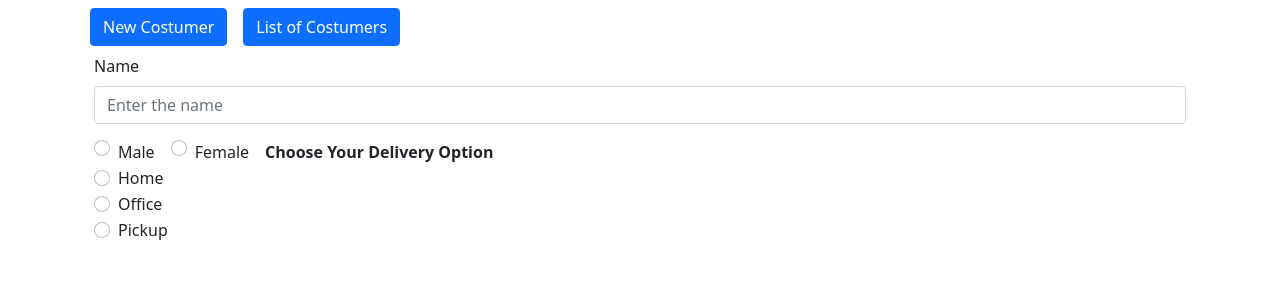
Repository: Sanjayjangra88/combo_app
Page: /, after clicking the first element matching `button.btn`
An editor plug-in stored every save of this project. The page is shown before and after the next save, followed by the edit.
The browser window is 1280 px wide. The pictures show the whole page.
Some web libraries are served in a nearby version. The project was rebuilt for these pictures with package versions that can differ from the ones it lists, and the page was loaded fresh each time. Also part of the build but not shown: src/App.js.

Above is the page before, as saved 2022-06-04 12:34:42.

### public/index.html
<!DOCTYPE html>
<html lang="en">
  <head>
    <meta charset "UTF-8" />
    <link rel="icon" href="%PUBLIC_URL%/favicon.ico" />
    <meta name="viewport" content="width=device-width, initial-scale=1" />
    <meta name="theme-color" content="#000000" />
    <meta
      name="description"
      content="Web site created using create-react-app"
    />
    <link rel="apple-touch-icon" href="%PUBLIC_URL%/logo192.png" />
    <!--
      manifest.json provides metadata used when your web app is installed on a
      user's mobile device or desktop. See https://developers.google.com/web/fundamentals/web-app-manifest/
    -->
    <link rel="manifest" href="%PUBLIC_URL%/manifest.json" />
    <link href="https://cdn.jsdelivr.net/npm/bootstrap@5.0.2/dist/css/bootstrap.min.css" rel="stylesheet" integrity="sha384-EVSTQN3/azprG1Anm3QDgpJLIm9Nao0Yz1ztcQTwFspd3yD65VohhpuuCOmLASjC" crossorigin="anonymous">
    <!--
      Notice the use of %PUBLIC_URL% in the tags above.
      It will be replaced with the URL of the `public` folder during the build.
      Only files inside the `public` folder can be referenced from the HTML.

      Unlike "/favicon.ico" or "favicon.ico", "%PUBLIC_URL%/favicon.ico" will
      work correctly both with client-side routing and a non-root public URL.
      Learn how to configure a non-root public URL by running `npm run build`.
    -->
    <!-- Bootstrap CSS -->
    <link rel="stylesheet" href="https://cdn.jsdelivr.net/npm/bootstrap@4.0.0/dist/css/bootstrap.min.css" integrity="sha384-Gn5384xqQ1aoWXA+058RXPxPg6fy4IWvTNh0E263XmFcJlSAwiGgFAW/dAiS6JXm" crossorigin="anonymous">

    <title>React App</title>
  </head>
  <body>
    <noscript>You need to enable JavaScript to run this app.</noscript>
    <div id="root"></div>
    <script src="https://kit.fontawesome.com/9e06ebf41f.js" crossorigin="anonymous"></script>
    <!--
      This HTML file is a template.
      If you open it directly in the browser, you will see an empty page.

      You can add webfonts, meta tags, or analytics to this file.
      The build step will place the bundled scripts into the <body> tag.

      To begin the development, run `npm start` or `yarn start`.
      To create a production bundle, use `npm run build` or `yarn build`.
    -->
    <script src="https://code.jquery.com/jquery-3.2.1.slim.min.js" integrity="sha384-KJ3o2DKtIkvYIK3UENzmM7KCkRr/rE9/Qpg6aAZGJwFDMVNA/GpGFF93hXpG5KkN" crossorigin="anonymous"></script>
    <script src="https://cdn.jsdelivr.net/npm/popper.js@1.12.9/dist/umd/popper.min.js" integrity="sha384-ApNbgh9B+Y1QKtv3Rn7W3mgPxhU9K/ScQsAP7hUibX39j7fakFPskvXusvfa0b4Q" crossorigin="anonymous"></script>
    <script src="https://cdn.jsdelivr.net/npm/bootstrap@4.0.0/dist/js/bootstrap.min.js" integrity="sha384-JZR6Spejh4U02d8jOt6vLEHfe/JQGiRRSQQxSfFWpi1MquVdAyjUar5+76PVCmYl" crossorigin="anonymous"></script>
  </body>
</html>

### src/index.js
import React from 'react';
import ReactDOM from 'react-dom';
import './index.css';
import App from './App';
import reportWebVitals from './reportWebVitals';
import 'bootstrap/dist/css/bootstrap.min.css';

import DropDown6 from './Components/dropDown6';

ReactDOM.render(
  <React.StrictMode>
    <DropDown6/>
  </React.StrictMode>,
  document.getElementById('root')
);

// If you want to start measuring performance in your app, pass a function
// to log results (for example: reportWebVitals(console.log))
// or send to an analytics endpoint. Learn more: https://bit.ly/CRA-vitals
reportWebVitals();

### src/Components/dropDown6.jsx
import React, { Component } from 'react'
import DpForm from './dpForm'

export class dropDown extends Component {
  state={
    costumers:[],
    optionArry:{
      delivery:["Home","Office","Pickup"],

  },
      optionSell:{
          delivery:"",


      },
    view:0
  }
  add=()=>{
    console.log("hy")
    let s1={...this.state};
    s1.view=2;
    this.setState(s1);
  }
  show=()=>{
    let s1={...this.state};
    s1.view=1;
    this.setState(s1);

    console.log("hy")
  }
  render() {
    const{costumers,view,optionArry,optionSell}=this.state;
    return (
      <div className='container'>
        <button className='btn btn-primary m-2'onClick={this.add}>New Costumer</button>
        <button className='btn btn-primary m-2'onClick={this.show}>List of Costumers</button><br/>
        {view==1 ?(
        costumers.length<=0?"There are no Costumers":costumers.map((ele)=><ul><li>{ele}</li></ul>))
  :view==2?
  <DpForm costumers={{}}optionSell={optionSell}optionArry={optionArry}/>
  :""}
      </div>
    )
  }
}

export default dropDown

### src/App.css
*{
  margin: 0;
  padding: 0;
}
.slidebar{
  position: absolute;
  background-color: rgb(168, 165, 165);
  height: 100vh;
  width: 30vh;
  margin-right: 5px;
  transition: transform 0.3s ease-in;


}
.slidebar  li a{
  text-decoration: none;
  color:white;
}
.slidebar  li{
  list-style: none;
  font-size: 20px;
  padding: 13px 0;
  color:white;
}
.box{
  margin-left: 32vh;
}
div.d-flex.justify-content-between{
  margin-left: 30vh;
}

.th1{
  background-color: black;
  color: white;
  border: 1px solid black;
  text-align: center;
  padding-left: 15px;
  padding-right: 15px;
}
.col1 {
  border: 1px solid black;
  text-align: center;
  padding-left: 15px;
  padding-right: 15px;
}

### src/Components/dpForm.jsx
import React, { Component } from 'react'

export class dpForm extends Component {
    state={
        costumers:this.props.costumers,

    }
    handelChange=(e)=>{
        const {currentTarget:input}=e;
        let s1={...this.state};
        s1.costumers[input.name]=input.value;

        this.setState(s1);
    }
  render() {
      const{name,gender,del}=this.state.costumers;
      const{optionArry,optionSell}=this.props;
    return (
      <div className='container'>
           <div className="form-group">
                    <label>Name</label>
                    <input type="text"className="form-control"name="name"id="name"value={name} placeholder='Enter the name'onChange={this.handelChange} />
                </div>
                <div className="form-check form-check-inline">
                    <input
                    className="form-check-input"
                    type="radio"
                    name="gender"
                    value="Male"
                    checked={gender==="Male"}
                    onChange={this.handelChange}/>
                    <label className="form-check-label">Male</label>
                </div>
                <div className="form-check form-check-inline">
                    <input
                    className="form-check-input"
                    type="radio"
                    name="gender"
                    value="Female"
                    checked={gender==="Female"}
                    onChange={this.handelChange}/>
                    <label className="form-check-label">Female</label>
                </div>
                {this.showCheckBoxes("Choose Your Delivery Option",optionArry.delivery,"delivery",optionSell.delivery)}
      </div>
    )
  }
  showCheckBoxes=(label,arr,name,selVal)=>{
    return(
        <React.Fragment>
            <label className='form-check-label font-weight-bold'>{label}</label>
            {arr.map((ele)=>(
                <div className="form-check">
                    <input
                     className='form-check-input'
                     value={ele}
                     type="radio"
                     name={name}
                     checked={selVal===ele}
                     onChange={this.handelChange}
                    />
                    <label className='form-check-label'>{ele}</label>
                </div>
            ))}
        </React.Fragment>
    )
}
}

export default dpForm

Loaded but not shown: src/index.css (common file); src/reportWebVitals.js (common file)

After the next save:
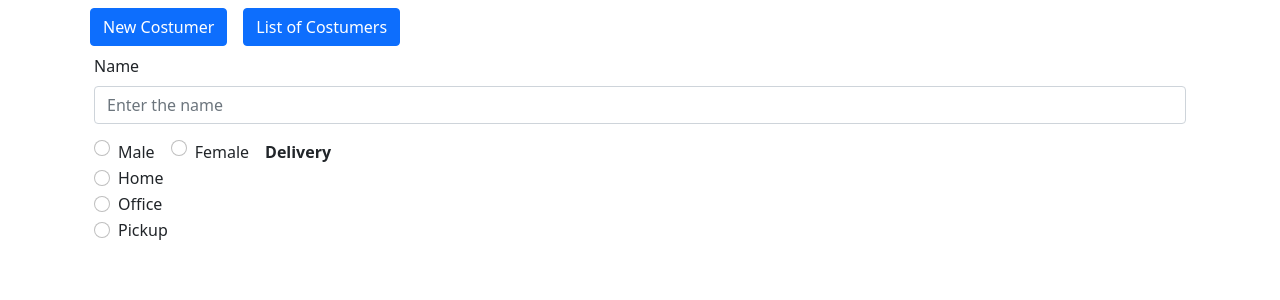
Saved 5 min 12 s later.
--- a/src/Components/dpForm.jsx
+++ b/src/Components/dpForm.jsx
@@ -41,27 +41,26 @@ export class dpForm extends Component {
                     onChange={this.handelChange}/>
                     <label className="form-check-label">Female</label>
                 </div>
-                {this.showCheckBoxes("Choose Your Delivery Option",optionArry.delivery,"delivery",optionSell.delivery)}
+                {this.showCheckBoxes("Delivery",optionArry.delivery,"delivery",optionSell.delivery)}
       </div>
     )
   }
   showCheckBoxes=(label,arr,name,selVal)=>{
     return(
         <React.Fragment>
-            <label className='form-check-label font-weight-bold'>{label}</label>
-            {arr.map((ele)=>(
-                <div className="form-check">
-                    <input
-                     className='form-check-input'
-                     value={ele}
-                     type="radio"
-                     name={name}
-                     checked={selVal===ele}
-                     onChange={this.handelChange}
-                    />
-                    <label className='form-check-label'>{ele}</label>
-                </div>
-            ))}
+               <label className="form-check-label font-weight-bold">{label}</label><br/>
+              {arr.map((ele)=>(
+                   <div className="form-check ">
+                   <input
+                   className="form-check-input"
+                   type="radio"
+                   name={name}
+                   value={ele}
+                   checked={selVal===ele}
+                   onChange={this.handelChange}/>
+                   <label className="form-check-label">{ele}</label>
+               </div>
+              ))}
         </React.Fragment>
     )
 }
